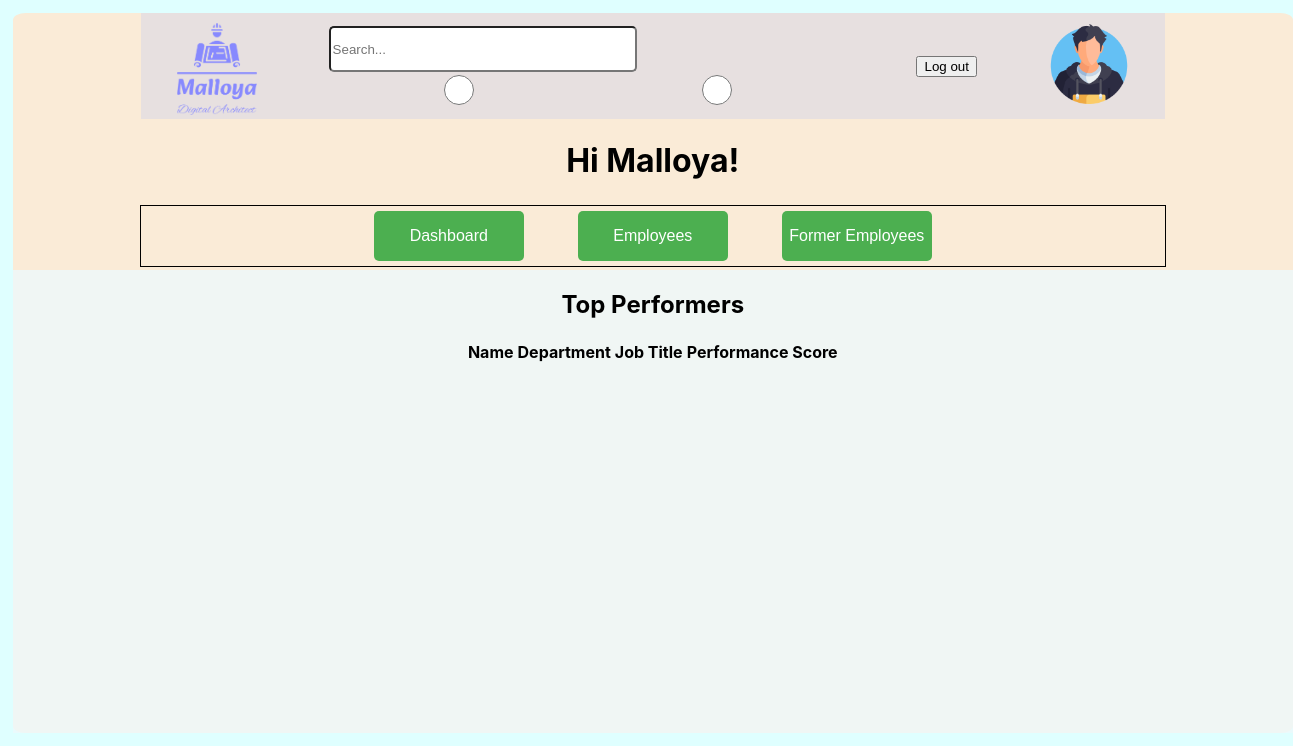
Repository: SbuKhoza/register
Page: /
An editor plug-in stored every save of this project. The page is shown before and after the next save, followed by the edit.
The browser window is 1280 px wide. The page is 1293 px wide, so the pictures cover 1293 px, including what lies to the right of the window. The pictures show the whole page.
The project was rebuilt for these pictures with package versions that can differ from the ones it lists, and the page was loaded fresh each time.

Above is the page before, as saved 2024-07-18 12:28:14.

After the next save:
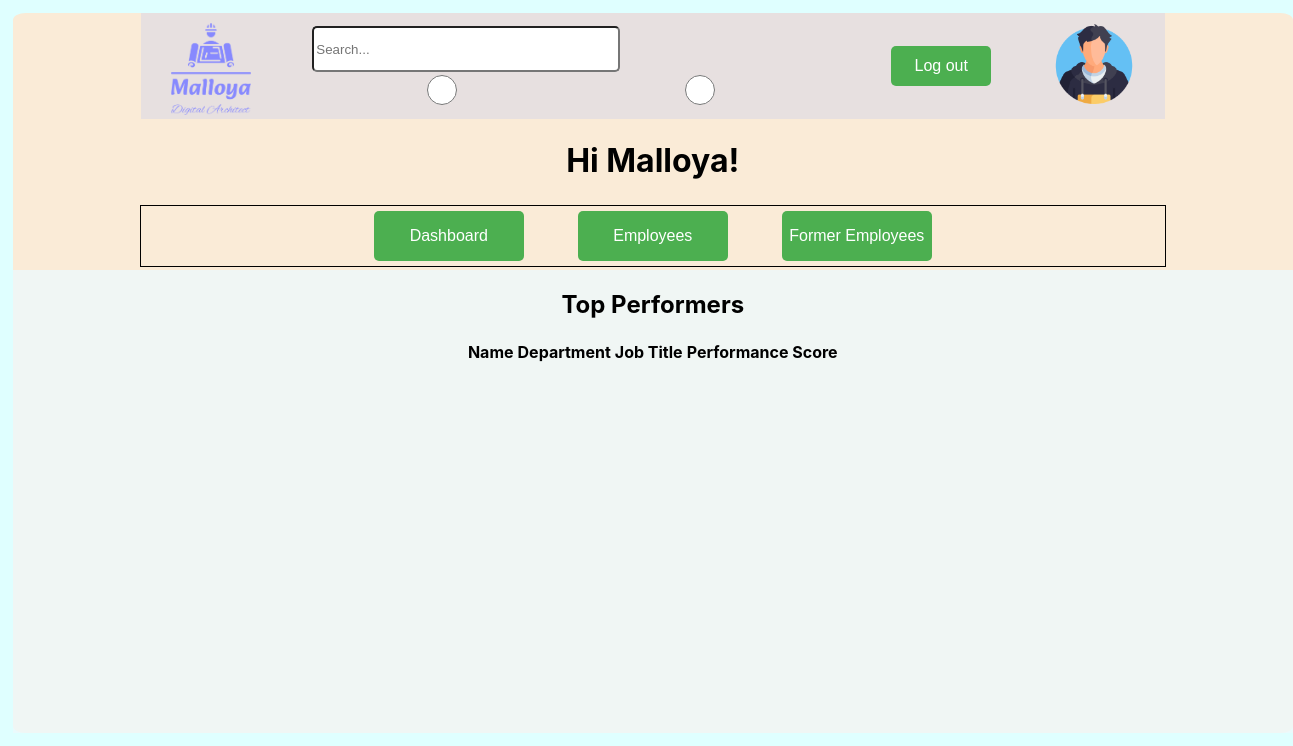
Saved 9 s later.
--- a/src/Home.css
+++ b/src/Home.css
@@ -65,7 +65,17 @@ nav {
 }
 
 .btn {
-
+    height: 40px;
+    width: 100px;
+    background-color: #4CAF50;
+    color: white;
+    border: none;
+    border-radius: 5px;
+    text-align: center;
+    text-decoration: none;
+    display: inline-block;
+    font-size: 16px;
+    margin: 4px 2px;
 }
 
 .nav2 {
